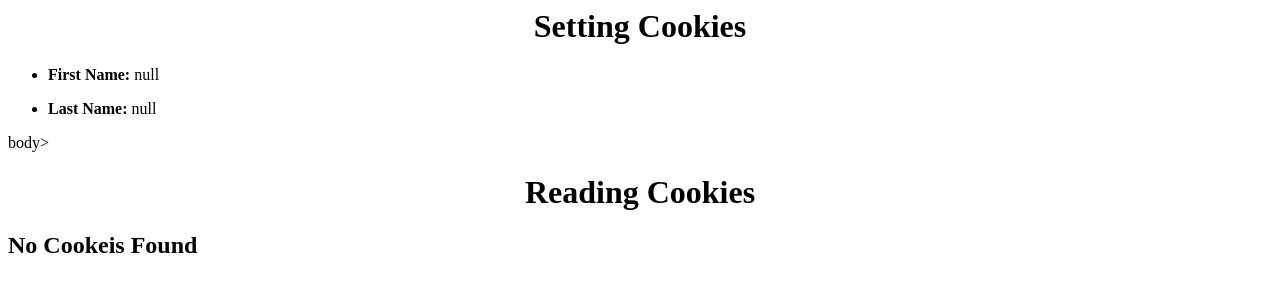
Repository: msibgathulla9980/JSP
Page: http://localhost/HelloWorldJSP/Main.jsp
These files come from the project's save history. The page is drawn as it stood at one moment and after the next save; the edit follows.
The browser window is 1280 px wide. The pictures show the whole page.
The page is served by Tomcat 9.

Above is the page before, as saved 2019-01-28 12:23:34.

### HelloWorldJSP/WebContent/Main.jsp

<%
//Creating the cookies for first and last name
Cookie firstName=new Cookie("firstName",request.getParameter("first_name"));
Cookie lastName=new Cookie("lastName",request.getParameter("last_name"));

//Setting expiry date after 24 Hrs for both the cookies.
firstName.setMaxAge(60*60*24);
lastName.setMaxAge(60*60*24);

//Adding both the cookies into the response header

response.addCookie( firstName );
response.addCookie( lastName );
%>
<html>
<head>
<title>Setting Cookies</title>
</head>

<body>
	<center>
		<h1>Setting Cookies</h1>
	</center>
	<ul>
		<li><p>
				<b>First Name:</b>
				<%= request.getParameter("first_name")%>
			</p></li>
		<li><p>
				<b>Last Name:</b>
				<%= request.getParameter("last_name")%>
			</p></li>
	</ul>
      body>
      <center>
         <h1>Reading Cookies</h1>
      </center>
      <%
      Cookie cookie=null;
      Cookie[] cookies=null;
      //Getting an array of cookies associated with this domain
      cookies=request.getCookies();
      if(cookies!=null)
      {
    	  out.print("<h2>Found Cookie's Name and Value</h2>");
  for(int i=0;i<cookies.length;i++)
  {
	  cookie=cookies[i];

      if((cookie.getName( )).compareTo("first_name") == 0 ) {
         cookie.setMaxAge(0);
         response.addCookie(cookie);
         out.print("Deleted cookie: " +cookie.getName( ) + "<br/>");
      }
	  out.print("Name:  "+cookie.getName()+", ");
	  out.print("Value:  "+cookie.getValue()+"<br/>");
  }
      }
      else
    	  out.print("<h2> No Cookeis Found</h2>");
 %>

</body>
</html>

After the next save:
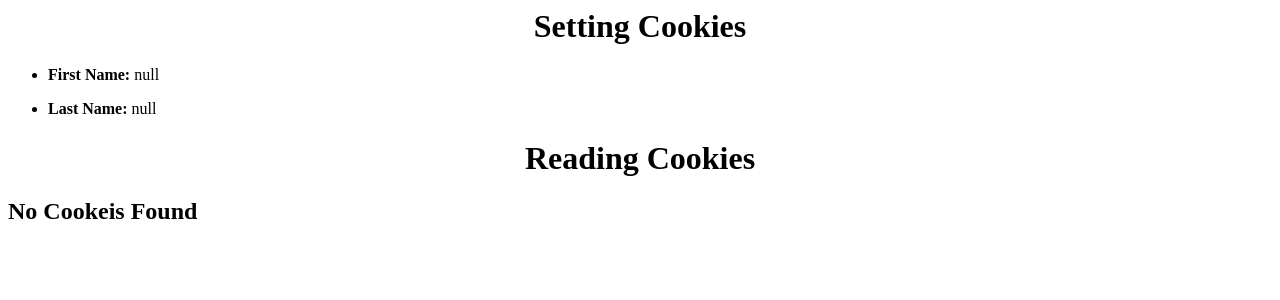
Saved 23 s later.
--- a/HelloWorldJSP/WebContent/Main.jsp
+++ b/HelloWorldJSP/WebContent/Main.jsp
@@ -32,7 +32,7 @@
 				<%= request.getParameter("last_name")%>
 			</p></li>
 	</ul>
-      body>
+      </body>
       <center>
          <h1>Reading Cookies</h1>
       </center>

After the 3 saves that followed:
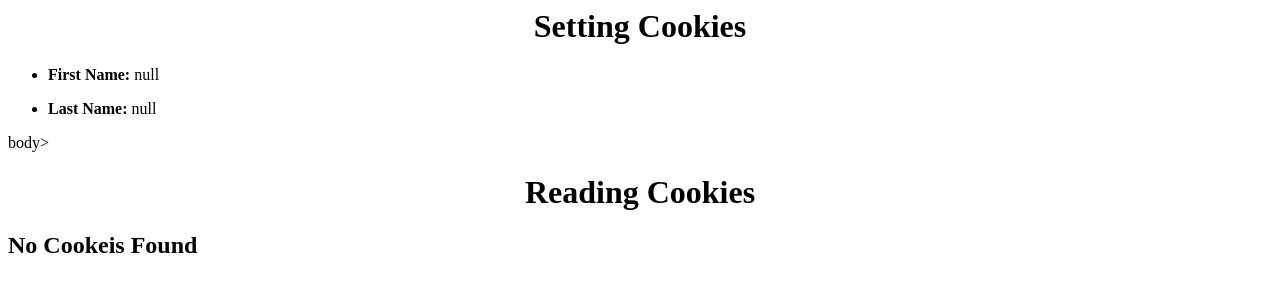
The 3 saves are shown as one change because 2 did not build or start.
The last was saved 4 min 54 s later.
--- a/HelloWorldJSP/WebContent/Main.jsp
+++ b/HelloWorldJSP/WebContent/Main.jsp
@@ -32,7 +32,7 @@
 				<%= request.getParameter("last_name")%>
 			</p></li>
 	</ul>
-      </body>
+      body>
       <center>
          <h1>Reading Cookies</h1>
       </center>
@@ -60,6 +60,7 @@
       else
     	  out.print("<h2> No Cookeis Found</h2>");
  %>
-
+ </body>
+ </html>
 </body>
 </html>
